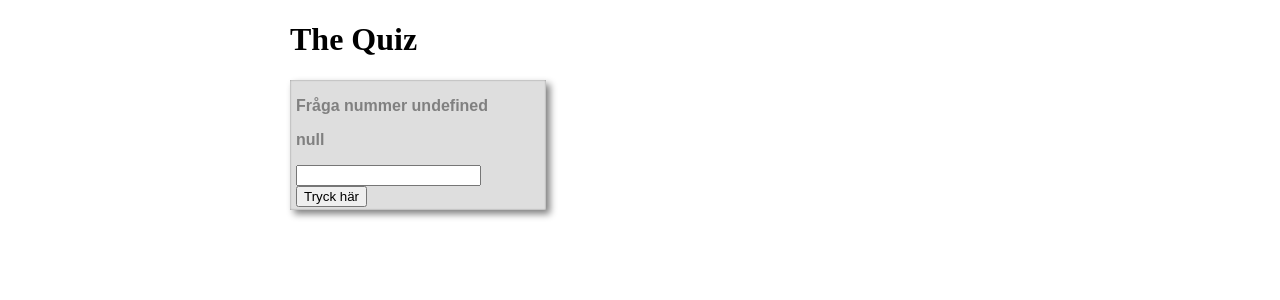
Repository: sk222sw/1dv403-laborationer
Page: 4-thequiz/index.html
The author's editor kept a record of every edit. The page is drawn from the files as they stood at one moment, then again after the next edit.
The browser window is 1280 px wide. The pictures show the whole page.
The page's requests for data from a server got no answer.

Above is the page before.

After the next edit:
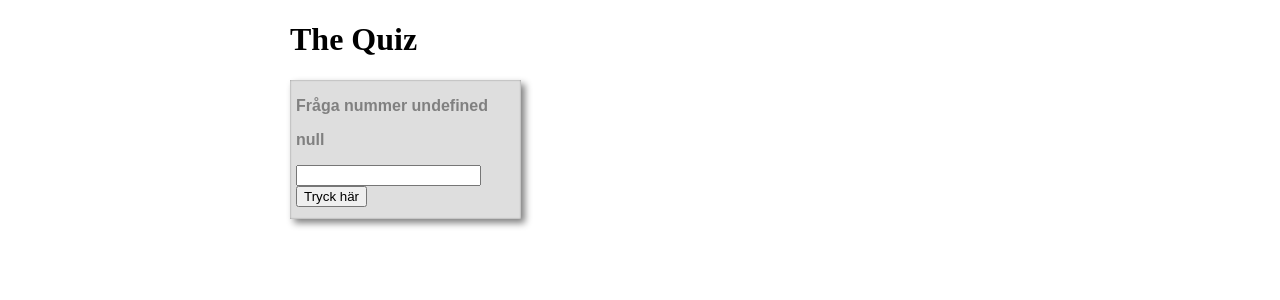
The edit:
--- a/4-thequiz/css/style.css
+++ b/4-thequiz/css/style.css
@@ -4,8 +4,9 @@
     width: 700px;
 }
 
-#quizSection {
-    width: 250px;
+main section {
+    width: 225px;
+    height: 135px;
     padding: 1px 0px 3px 6px;
 
     font-family: sans-serif;
